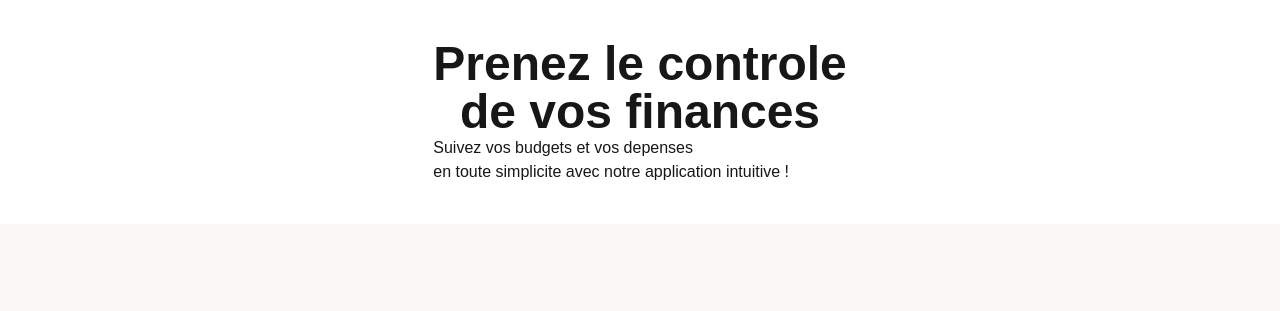
Repository: gitPaved/etrack-v1
Page: /
The author's editor kept a copy of each file at every save. The page is drawn from the files as they stood at one save, then again after the next save.
The browser window is 1280 px wide. The pictures show the whole page.
The project was rebuilt for these pictures with package versions that can differ from the ones it lists, and the page was loaded fresh each time. The framework's server and built-in components were replaced by stand-ins that run in the browser. Also part of the build but not shown: next.config.ts.

Above is the page before, as saved 2025-03-03 16:21:29.

After the next save:
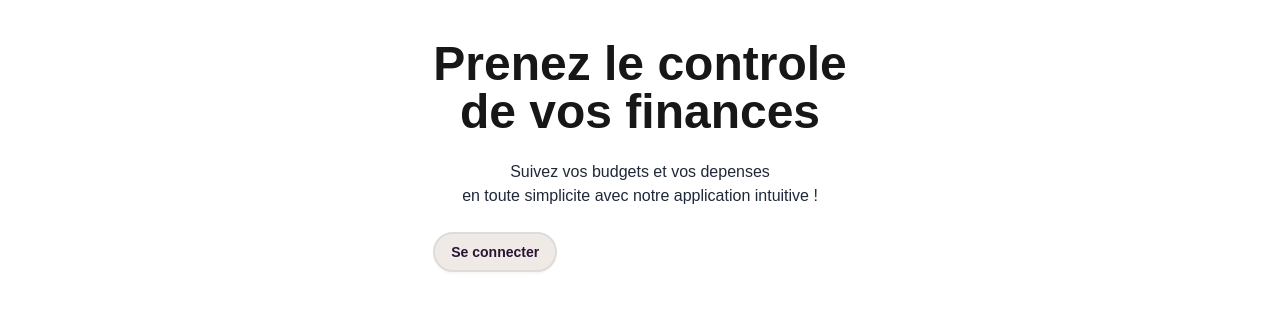
Saved 2 min 45 s later.
--- a/app/page.tsx
+++ b/app/page.tsx
@@ -1,4 +1,5 @@
 import Image from "next/image";
+import Link from "next/link";
 
 export default function Home() {
   return (
@@ -8,9 +9,12 @@ export default function Home() {
           <h1 className="text-4xl md:text-5xl font-bold text-center">
             Prenez le controle <br /> de vos finances
           </h1>
-          <p className="">
+          <p className="py-6 text-gray-800 text-center">
             Suivez vos budgets et vos depenses <br /> en toute simplicite avec notre application intuitive !
           </p>
+          <div>
+            <Link href={""} className="btn btn-sm md:btn-md">Se connecter</Link>
+          </div>
         </div>
       </div>
     </div>
